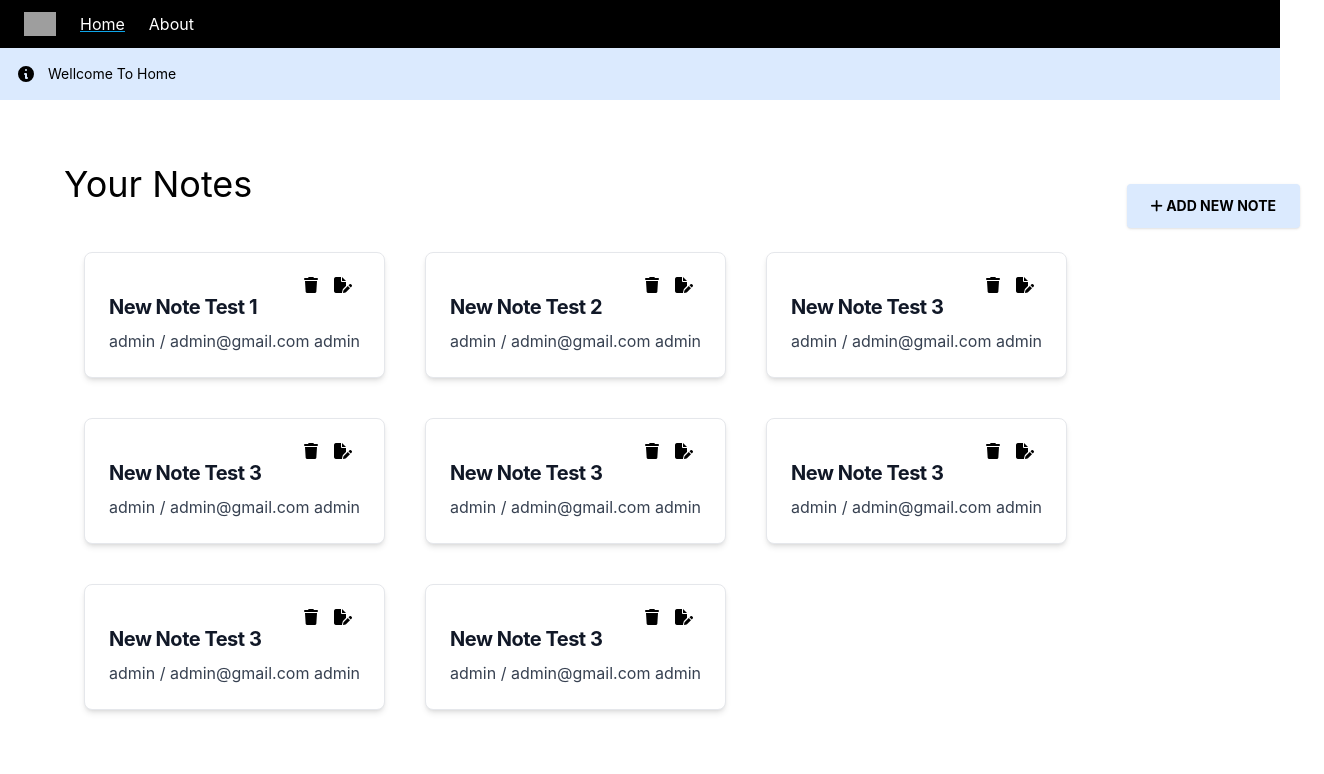
Repository: sonawaneteju4/iNote
Page: /
The author's editor kept a copy of each file at every save. The page is drawn from the files as they stood at one save, then again after a run of saves.
The browser window is 1280 px wide. The page is 1324 px wide, so the pictures cover 1324 px, including what lies to the right of the window. The pictures show the whole page.
Pictures or frames that could not be fetched are drawn as grey boxes. Some web libraries are served in a nearby version. The project was rebuilt for these pictures with package versions that can differ from the ones it lists, and the page was loaded fresh each time. Also part of the build but not shown: src/components/AddNote.js, src/components/About.js.

Above is the page before, as saved 2022-10-11 11:01:04.

### public/index.html
<!DOCTYPE html>
<html lang="en">
  <head>
    <meta charset="utf-8" />
    <link rel="icon" href="%PUBLIC_URL%/favicon.ico" />
    <meta name="viewport" content="width=device-width, initial-scale=1" />
    <meta name="theme-color" content="#000000" />
    <meta
      name="description"
      content="Web site created using create-react-app"
    />
    <link rel="apple-touch-icon" href="%PUBLIC_URL%/logo192.png" />

    <link rel="manifest" href="%PUBLIC_URL%/manifest.json" />

    <title>iNote - Secured Notes On Cloud</title>
  </head>
  <body>
    <noscript>You need to enable JavaScript to run this app.</noscript>
    <script src="https://kit.fontawesome.com/61d960ae85.js" crossorigin="anonymous"></script>
    <div id="root"></div>
  </body>
</html>

### src/App.js
import "./App.css";
import { BrowserRouter, Routes, Route } from "react-router-dom";
import Navbar from "./components/Navbar";
import Home from "./components/Home";
import About from "./components/About";
import NoteState from "./context/notes/NoteState";
import Alert from "./components/Alert";

function App() {
  return (
    <>
      <NoteState>
        <BrowserRouter>
          <Navbar />
          <Alert message="Wellcome To Home"/>
          <div className="container m-11">

          <Routes>
            <Route exact path="/" element={<Home />}></Route>
            <Route exact path="/about" element={<About />}></Route>
          </Routes>
          </div>
        </BrowserRouter>
      </NoteState>
    </>
  );
}

export default App;

### src/App.css
.App {
  text-align: center;
}

.App-logo {
  height: 40vmin;
  pointer-events: none;
}

@media (prefers-reduced-motion: no-preference) {
  .App-logo {
    animation: App-logo-spin infinite 20s linear;
  }
}

.App-header {
  background-color: #282c34;
  min-height: 100vh;
  display: flex;
  flex-direction: column;
  align-items: center;
  justify-content: center;
  font-size: calc(10px + 2vmin);
  color: white;
}

.App-link {
  color: #61dafb;
}

@keyframes App-logo-spin {
  from {
    transform: rotate(0deg);
  }
  to {
    transform: rotate(360deg);
  }
}
i{cursor: pointer;

}

### src/components/Navbar.js
import React, {useEffect} from 'react'
import { Link, useLocation } from 'react-router-dom'

const Navbar = () => {
  let location = useLocation();
  useEffect(() => {
    console.log(location.pathname);
  }, [location])

  return (
    <nav className='flex bg-black text-white sticky top-0'>
        <ul className='flex m-3'>
            <li className='px-3'><Link to="/"><img alt="Logo" className='h-6' src='https://i.ibb.co/yyD6c8M/i-NOTE-3.png'></img></Link></li>
            <li className={`px-3  ${location.pathname==='/'? "underline decoration-sky-500": ""}`}><Link to="/">Home</Link></li>
            <li className={`px-3  ${location.pathname==='/about'? "underline decoration-sky-500": ""}`}><Link to="/about">About</Link></li>
        </ul>

    </nav>
  )
}

export default Navbar

### src/components/Home.js
import React from 'react'
// import NoteState from '../context/notes/NoteState';
import Notes from './Notes';

const Home = () => {

  return (
    <div className='m-5'>
      <Notes />
    </div>

  )
}

export default Home

### src/context/notes/NoteState.js
import { useState } from 'react';
import NoteContext from './NoteContext';


const NoteState = (props) =>{
    const notesInitial = [
        {
          "_id": "6343f8ff5e6343bed4b7ddb5",
          "user": "63402d7553af99b0eef26534",
          "title": "New Note Test 1 ",
          "description": "admin / admin@gmail.com admin",
          "tag": "test",
          "date": "1665390388538",
          "__v": 0
        },
        {
          "_id": "6343f90f5e6343bed4b7ddb8",
          "user": "63402d7553af99b0eef26534",
          "title": "New Note Test 2 ",
          "description": "admin / admin@gmail.com admin",
          "tag": "test",
          "date": "1665390388538",
          "__v": 0
        },
        {
          "_id": "6343f9155e6343bed4b7ddba",
          "user": "63402d7553af99b0eef26534",
          "title": "New Note Test 3 ",
          "description": "admin / admin@gmail.com admin",
          "tag": "test",
          "date": "1665390388538",
          "__v": 0
        },
        {
            "_id": "6343f9155e6343bed4b7ddba",
            "user": "63402d7553af99b0eef26534",
            "title": "New Note Test 3 ",
            "description": "admin / admin@gmail.com admin",
            "tag": "test",
            "date": "1665390388538",
            "__v": 0
          },
          {
            "_id": "6343f9155e6343bed4b7ddba",
            "user": "63402d7553af99b0eef26534",
            "title": "New Note Test 3 ",
            "description": "admin / admin@gmail.com admin",
            "tag": "test",
            "date": "1665390388538",
            "__v": 0
          },
          {
            "_id": "6343f9155e6343bed4b7ddba",
            "user": "63402d7553af99b0eef26534",
            "title": "New Note Test 3 ",
            "description": "admin / admin@gmail.com admin",
            "tag": "test",
            "date": "1665390388538",
            "__v": 0
          },
          {
            "_id": "6343f9155e6343bed4b7ddba",
            "user": "63402d7553af99b0eef26534",
            "title": "New Note Test 3 ",
            "description": "admin / admin@gmail.com admin",
            "tag": "test",
            "date": "1665390388538",
            "__v": 0
          },
          {
            "_id": "6343f9155e6343bed4b7ddba",
            "user": "63402d7553af99b0eef26534",
            "title": "New Note Test 3 ",
            "description": "admin / admin@gmail.com admin",
            "tag": "test",
            "date": "1665390388538",
            "__v": 0
          }
      ]
      const [notes, setNotes] = useState(notesInitial)

      //Add a Note
      const addNote = (title, description,tag)=>{
        const note = {
          "_id": "6343f9155e6343bed4b7ddba",
          "user": "63402d7553af99b0eef26534",
          "title": title,
          "description": description,
          "tag": tag,
          "date": "1665390388538",
          "__v": 0
        };
        setNotes(notes.concat(note))
      }

      // Delete a Note
      const deleteNote = (id)=>{
        console.log(id)
        const newNotes = notes.filter((note)=>{return note._id!==id})
        setNotes(newNotes)
      }

      //Edit a Note
const editNote = (id, title, description,tag)=>{

}

    return(

        <NoteContext.Provider value={{notes, notesInitial, addNote ,deleteNote ,editNote }}>
            {props.children}
        </NoteContext.Provider>
            )
}

export default NoteState;

### src/components/Alert.js
import React from 'react'

const Alert = (props) => {
  return (
    <div className=''>
      <div className="flex p-4 mb-4 text-sm bg-blue-100 rounded-lgz text-black " role="alert">
  <svg aria-hidden="true" className="flex-shrink-0 inline w-5 h-5 mr-3" fill="currentColor" viewBox="0 0 20 20" xmlns="http://www.w3.org/2000/svg"><path fill-rule="evenodd" d="M18 10a8 8 0 11-16 0 8 8 0 0116 0zm-7-4a1 1 0 11-2 0 1 1 0 012 0zM9 9a1 1 0 000 2v3a1 1 0 001 1h1a1 1 0 100-2v-3a1 1 0 00-1-1H9z" clip-rule="evenodd"></path></svg>
  {props.message}
  </div>
    </div>
  )
}

export default Alert

### src/components/Notes.js
import React, {useContext } from 'react'
import NoteContext from '../context/notes/NoteContext';
import AddNote from './AddNote';
import NoteItem from './NoteItem';


const Notes = () => {
    const context = useContext(NoteContext);
    const [showModal, setShowModal] = React.useState(false);
    const {notes, addNote} = context
  return (
    <div>
<div className='flex flex-row justify-between'>
      <h1 className='py-5 text-4xl'>Your Notes</h1>

      <button
        className="bg-blue-100 text-black active:bg-pink-600 font-bold uppercase text-sm my-10 px-6 py-3 rounded shadow hover:shadow-lg outline-none focus:outline-none mr-1 mb-1 ease-linear transition-all duration-150"
        type="button"
        onClick={() => setShowModal(true)}
        >
        <i class="fa-solid fa-plus"></i> Add New Note
      </button>
      {showModal ? (
        <>
          <div
            className="justify-center items-center flex overflow-x-hidden overflow-y-auto fixed inset-0 z-50 outline-none focus:outline-none"
            >
            <div className="relative w-auto my-6 mx-auto max-w-3xl">
              {/*content*/}
              <div className="border-0 rounded-lg shadow-lg relative flex flex-col w-full bg-white outline-none focus:outline-none">
                {/*header*/}
                <div className="flex  items-start justify-between p-5 border-b border-solid border-slate-200 rounded-t">
                  <h3 className="text-3xl font-semibold">
                    Create New Note
                  </h3>
                  <button
                    className="p-1 ml-auto bg-transparent border-0 text-black opacity-5 float-right text-3xl leading-none font-semibold outline-none focus:outline-none"
                    onClick={() => setShowModal(false)}
                    >
                    <span className="bg-transparent text-black opacity-5 h-6 w-6 text-2xl block outline-none focus:outline-none">

                    </span>
                  </button>
                </div>
                {/*body*/}

                    <AddNote/>
                {/*footer*/}
                <div className="flex items-center justify-end p-6 border-t border-solid border-slate-200 rounded-b">
                  <button
                    className="text-red-500 background-transparent font-bold uppercase px-6 py-2 text-sm outline-none focus:outline-none mr-1 mb-1 ease-linear transition-all duration-150"
                    type="button"
                    onClick={() => setShowModal(false)}
                    >
                    Close
                  </button>
                </div>
              </div>
            </div>
          </div>
          <div className="opacity-25 fixed inset-0 z-40 bg-black"></div>
        </>
      ) : null}
      </div>


    <div className='flex flex-wrap'>
        {notes.map((note)=>{
            return <NoteItem key={note._id} note={note}/>;
        })}
    </div>
        </div>
  )
}

export default Notes

### src/components/NoteItem.js
import React, { useContext } from "react";
import NoteContext from '../context/notes/NoteContext';


const NoteItem = (props) => {
 const context = useContext(NoteContext)
  const {deleteNote} = context;
  const { note } = props;
  return (
    <div className="p-5">
      <div class="p-6 max-w-sm bg-white rounded-lg border border-gray-200 shadow-md hover:bg-gray-100">
        <div className="flex item-start justify-end">
          <i class="fa-solid fa-trash mx-2" onClick={()=>{deleteNote(note._id)}}></i>
          <i class="fa-solid fa-file-pen mx-2"></i>
        </div>
          <h5 class="mb-2 text-xl font-bold tracking-tight text-gray-900">
            {note.title}
          </h5>
        <p class="font-normal text-gray-700"> {note.description}</p>
      </div>
    </div>
  );
};

export default NoteItem;

Loaded but not shown: src/index.js (common file); src/index.css (common file); src/context/notes/NoteContext.js (common file); tailwind.config.js (common file)

After the next 2 saves:
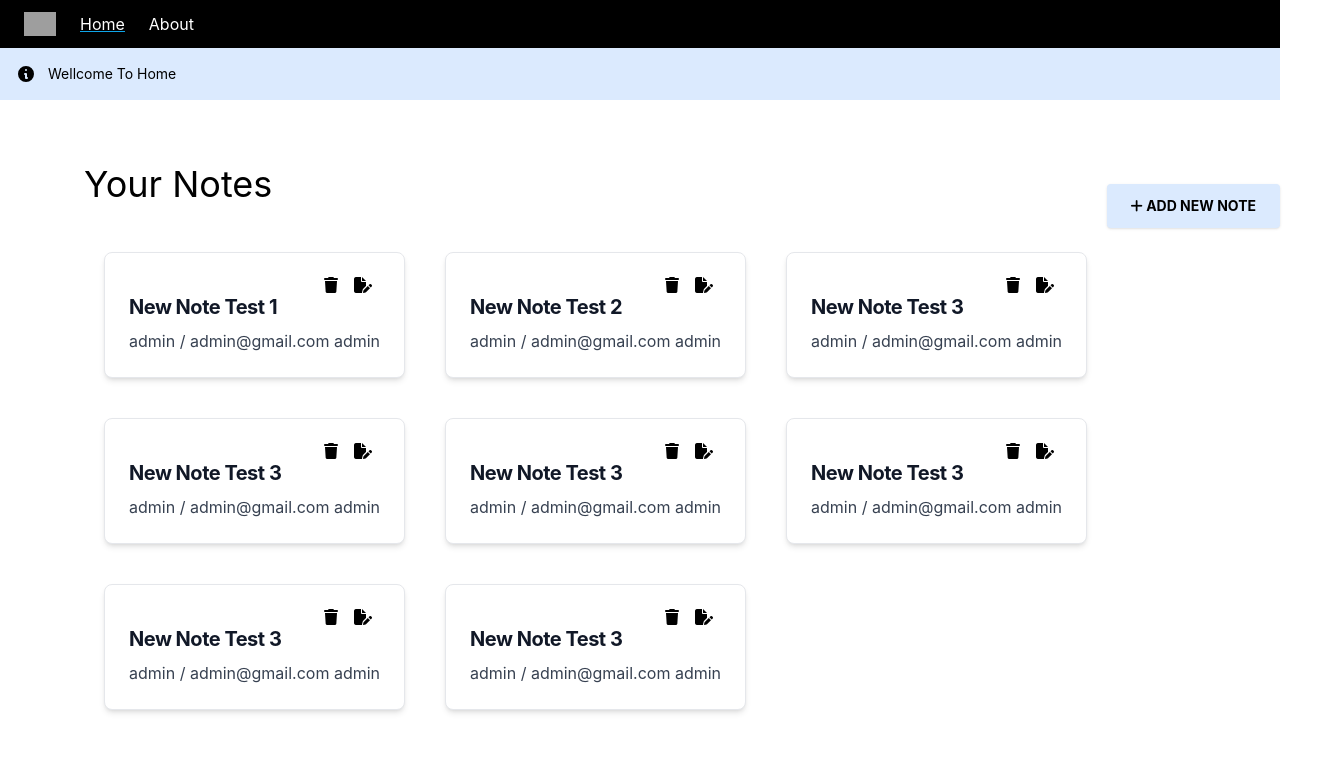
The 2 saves are shown as one change because they came seconds apart.
The last was saved 15 s later.
--- a/src/components/Home.js
+++ b/src/components/Home.js
@@ -5,7 +5,7 @@ import Notes from './Notes';
 const Home = () => {
 
   return (
-    <div className='m-5'>
+    <div className='mx-10'>
       <Notes />
     </div>
 
